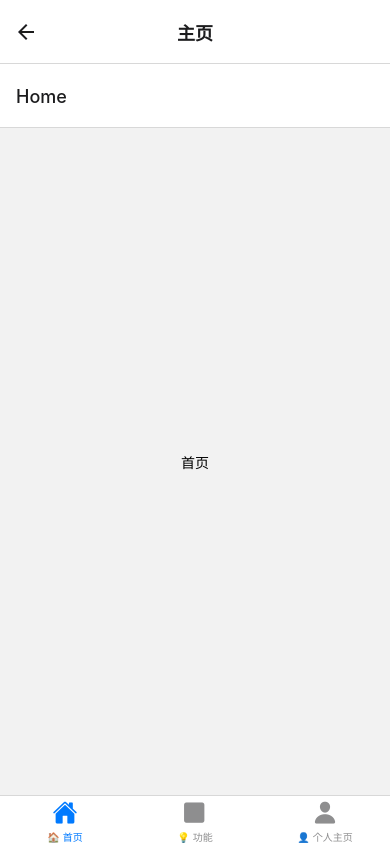
Repository: RidenShogunei/reactnative--make-an-app
Screen: /main (app in Myapp/)
These files come from the project's save history. The screen is drawn as it stood at one moment and after a run of saves; the edit follows.
The app was drawn by React Native's web renderer in a window 390 px wide. The project was rebuilt for these pictures with package versions that can differ from the ones it lists, and the page was loaded fresh each time. Also part of the build but not shown: Myapp/pages/register.jsx.

Above is the screen before, as saved 2024-04-20 20:39:00.

### Myapp/App.js
import { NavigationContainer } from '@react-navigation/native';
import { createStackNavigator } from '@react-navigation/stack';

const Stack = createStackNavigator();
import Login from './pages/login'
import Register from './pages/register'
import Main from './pages/main'
function App() {
  return (
    <NavigationContainer>
      <Stack.Navigator initialRouteName="login">
        <Stack.Screen
          name="login"
          component={Login}
          options={{
            title: '登录',
            headerTitleAlign: 'center', // 设置标题居中
            headerTitleStyle: {
              fontWeight: 'bold', // 设置标题字体为粗体
            },
          }}
        />
        <Stack.Screen
          name="register"
          component={Register}
          options={{
            title: '注册',
            headerTitleAlign: 'center', // 设置标题居中
            headerTitleStyle: {
              fontWeight: 'bold', // 设置标题字体为粗体
            },
          }}
        />
         <Stack.Screen
          name="main"
          component={Main}
          options={{
            title: '主页',
            headerTitleAlign: 'center', // 设置标题居中
            headerTitleStyle: {
              fontWeight: 'bold', // 设置标题字体为粗体
            },
          }}
        />
      </Stack.Navigator>
    </NavigationContainer>
  );
}

export default App;

### Myapp/pages/login.jsx
// Login.jsx
import React, { useState } from "react";
import { View, TextInput, Button, StyleSheet } from "react-native";
import { useNavigation } from "@react-navigation/native";
import api from "../api/login";
const Login = () => {
  const [username, setUsername] = useState("");
  const [password, setPassword] = useState("");
  const navigation = useNavigation();

  const handleLogin = async () => {
    try {
      const result = await api.login(username,password);
      console.log("登录的结果是：", result);
      if (result.data && result.data !== "fail") {
        alert("登录成功！");
        navigation.navigate("main")
        // 在这里存储用户信息
      } else {
        alert("登录失败，用户名或密码错误");
      }
    } catch (error) {
      console.log("登录失败：", error);
      alert("登录失败，请稍后再试");
    }
  };
  return (
    <View style={styles.container}>
      <TextInput
        style={styles.input}
        placeholder=" Username"
        value={username}
        onChangeText={setUsername}
      />
      <TextInput
        style={styles.input}
        placeholder=" Password"
        secureTextEntry
        value={password}
        onChangeText={setPassword}
      />

      <View style={styles.buttonContainer}>
        <Button title="Login" onPress={handleLogin} />
        <View style={styles.spacingView} />
        <Button
          title="Register"
          onPress={() => navigation.navigate("register")}
        />
      </View>
    </View>
  );
};

const styles = StyleSheet.create({
  container: { flex: 1, padding: 20, justifyContent: "center" },
  input: { height: 40, borderColor: "gray", borderWidth: 1, marginBottom: 10 },
  buttonContainer: {
    justifyContent: "center",
  },
  spacingView: {
    height: 20, // 调整这个值可以改变按钮之间的距离
  },
});
export default Login;

### Myapp/pages/main.jsx
import React from "react";
import { View, Text } from "react-native";
import { createBottomTabNavigator } from "@react-navigation/bottom-tabs";
import { NavigationContainer } from "@react-navigation/native";
import { Ionicons } from '@expo/vector-icons';
// 定义每个页面的内容
function HomeScreen() {
  return (
    <View style={{ flex: 1, justifyContent: "center", alignItems: "center" }}>
      <Text>首页</Text>
    </View>
  );
}

function FeaturesScreen() {
  return (
    <View style={{ flex: 1, justifyContent: "center", alignItems: "center" }}>
      <Text>功能</Text>
    </View>
  );
}

function PersonalHomeScreen() {
  return (
    <View style={{ flex: 1, justifyContent: "center", alignItems: "center" }}>
      <Text>个人主页</Text>
    </View>
  );
}

const Tab = createBottomTabNavigator();

export default function App() {
  return (
    <Tab.Navigator>
      <Tab.Screen
        name="Home"
        component={HomeScreen}
        options={{
          tabBarLabel: "🏠 首页",
          tabBarIcon: ({ color, size }) => (
            <Ionicons name="home" color={color} size={size} />
          ),
        }}
      />
      <Tab.Screen
        name="Features"
        component={FeaturesScreen}
        options={{
          tabBarLabel: "💡 功能",
          tabBarIcon: ({ color, size }) => (
            <Ionicons name="square" color={color} size={size} />
          ),
        }}
      />
      <Tab.Screen
        name="Personal"
        component={PersonalHomeScreen}
        options={{
          tabBarLabel: "👤 个人主页",
          tabBarIcon: ({ color, size }) => (
            <Ionicons name="person" color={color} size={size} />
          ),
        }}
      />
    </Tab.Navigator>
  );
}

### Myapp/api/login.js
import axios from 'axios';

const login = async (username, password) => {
    const data = {
        username: username,
        password: password
    };
    try {
        const response = await axios.post('https://chenjinxu.top:6002/login', data);
        console.log(`${process.env.REACT_APP_API_URL}/login`,data)
        return response.data;
    } catch (error) {
        console.error('Error during API Call', error);
        return { error: error.message };
    }
};

const register=async (username, password,realname) => {
    const data = {
        username: username,
        password: password,
        realname:realname,
    };
    try {
        const response = await axios.post('https://chenjinxu.top:6002/register', data);
        return response.data;
    } catch (error) {
        console.error('Error during API Call', error);
        return { error: error.message };
    }
};

const  confirm=async (uid) => {
    const data = {
        uid:uid
    };
    try {
        const response = await axios.post('https://chenjinxu.top:6002/getconfirm', data);
        return response.data;
    } catch (error) {
        console.error('Error during API Call', error);
        return { error: error.message };
    }
};
const api = {
    login,
    register,
    confirm
};

export default api;

After the next 3 saves:
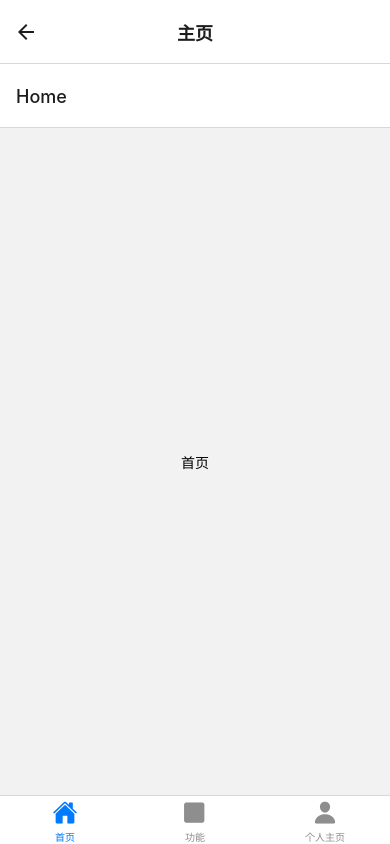
The 3 saves are shown as one change because they came seconds apart.
The last was saved 5 min 5 s later.
--- a/Myapp/pages/main.jsx
+++ b/Myapp/pages/main.jsx
@@ -37,7 +37,7 @@ export default function App() {
         name="Home"
         component={HomeScreen}
         options={{
-          tabBarLabel: "🏠 首页",
+          tabBarLabel: "首页",
           tabBarIcon: ({ color, size }) => (
             <Ionicons name="home" color={color} size={size} />
           ),
@@ -47,7 +47,7 @@ export default function App() {
         name="Features"
         component={FeaturesScreen}
         options={{
-          tabBarLabel: "💡 功能",
+          tabBarLabel: "功能",
           tabBarIcon: ({ color, size }) => (
             <Ionicons name="square" color={color} size={size} />
           ),
@@ -57,7 +57,7 @@ export default function App() {
         name="Personal"
         component={PersonalHomeScreen}
         options={{
-          tabBarLabel: "👤 个人主页",
+          tabBarLabel: "个人主页",
           tabBarIcon: ({ color, size }) => (
             <Ionicons name="person" color={color} size={size} />
           ),
